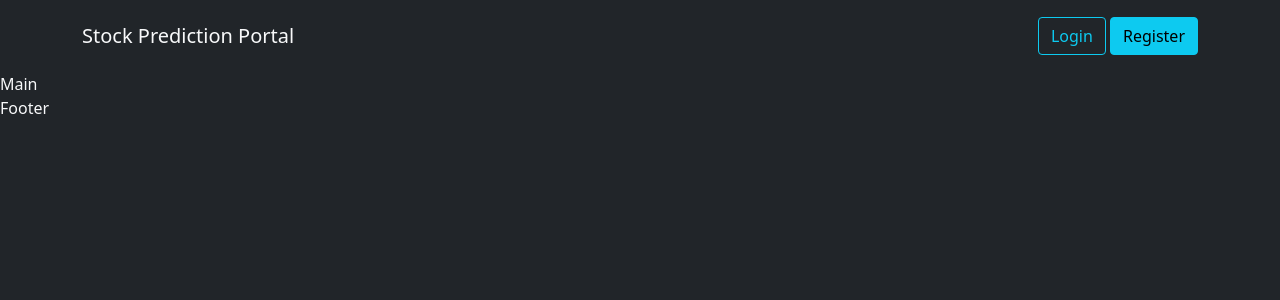
Repository: killerTiger10/stock-prediction-portal
Page: /login (app in frontend-react/)
An editor plug-in stored every save of this project. The page is shown before and after the next save, followed by the edit.
The browser window is 1280 px wide. The pictures show the whole page.
The project was rebuilt for these pictures with package versions that can differ from the ones it lists, and the page was loaded fresh each time. Also part of the build but not shown: frontend-react/vite.config.js.

Above is the page before, as saved 2025-06-14 00:00:50.

After the next save:
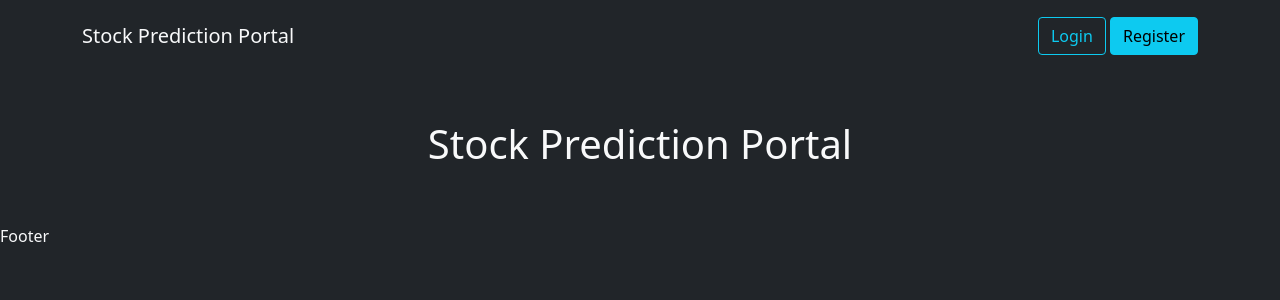
Saved 2 min 36 s later.
--- a/frontend-react/src/components/Main.jsx
+++ b/frontend-react/src/components/Main.jsx
@@ -1,7 +1,15 @@
 import React from "react";
 
 const Main = () => {
-  return <div className="text-light">Main</div>;
+  return (
+    <>
+      <div className="container">
+        <div className="p-5 text-center">
+          <h1 className="text-light">Stock Prediction Portal</h1>
+        </div>
+      </div>
+    </>
+  );
 };
 
 export default Main;
